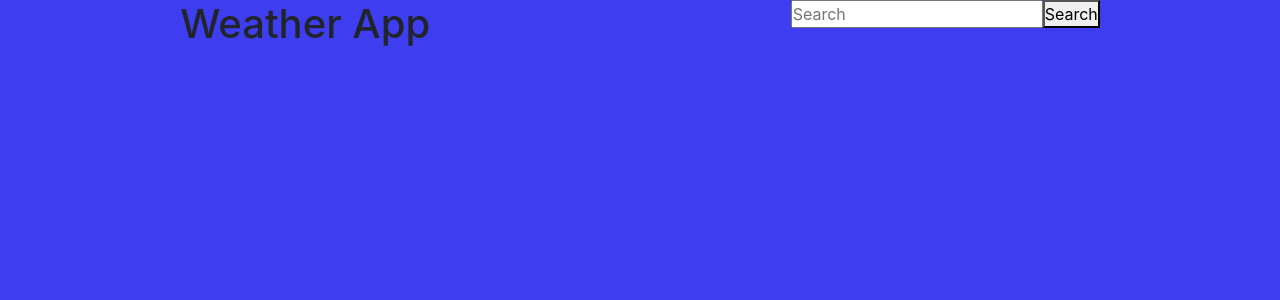
Repository: bhaveshtrades/weatherapp
Page: /
An editor plug-in stored every save of this project. The page is shown before and after a run of saves, followed by the edit.
The browser window is 1280 px wide. The pictures show the whole page.
The project was rebuilt for these pictures with package versions that can differ from the ones it lists, and the page was loaded fresh each time. Also part of the build but not shown: src/components/CurrentWeather.jsx.

Above is the page before, as saved 2023-01-08 19:06:25.

After the next 2 saves:
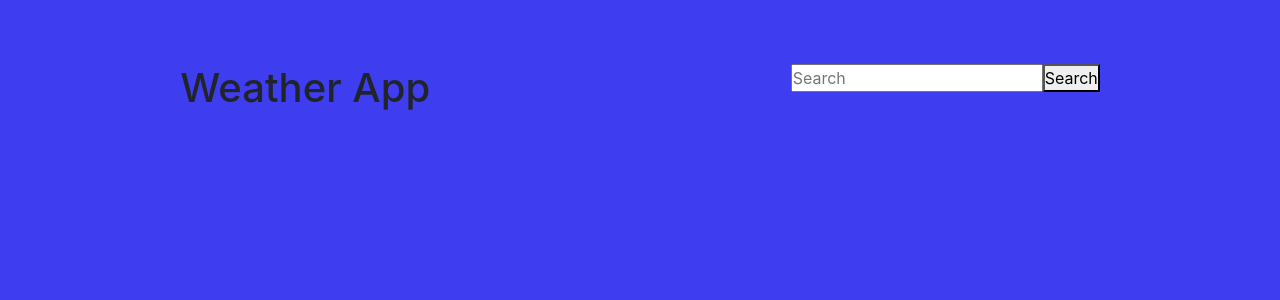
The 2 saves are shown as one change because they came seconds apart.
The last was saved 13 s later.
--- a/src/App.css
+++ b/src/App.css
@@ -10,6 +10,7 @@ body{
 .nDiv1{
   display: flex;
   justify-content: space-around;
+  padding-top: 4rem;
 }
 
 .cDiv1{
